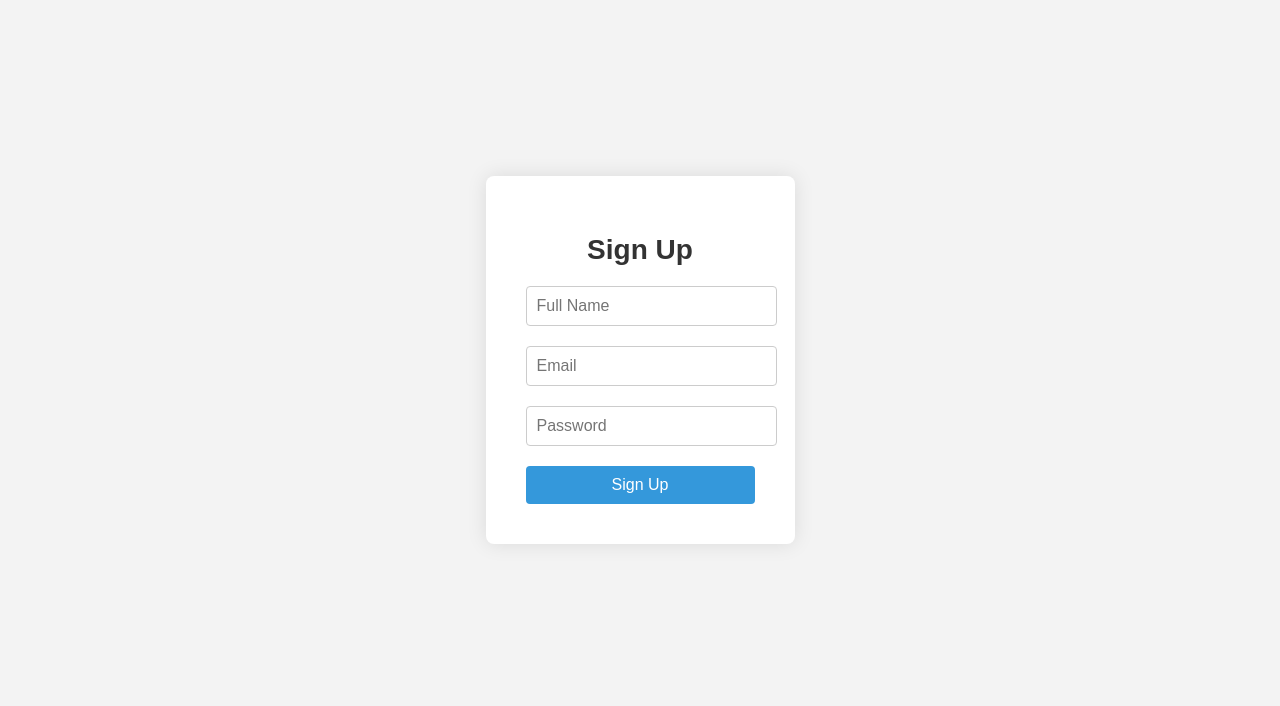
Repository: OmarEssameldinMousa/DONE
Page: signup.html
An editor plug-in stored every save of this project. The page is shown before and after the next save, followed by the edit.
The browser window is 1280 px wide. The pictures show the whole page.

Above is the page before, as saved 2023-12-18 22:39:33.

### signup.html
<!DOCTYPE html>
<html lang="en">

<head>
    <meta charset="UTF-8">
    <meta name="viewport" content="width=device-width, initial-scale=1.0">
    <title>Sign Up</title>

    <style>
        body {
            font-family: Arial, sans-serif;
            margin: 0;
            padding: 0;
            display: flex;
            justify-content: center;
            align-items: center;
            height: 100vh;
            background-color: #f3f3f3;
        }

        .signup-container {
            background-color: #fff;
            padding: 40px;
            border-radius: 8px;
            box-shadow: 0 0 20px rgba(0, 0, 0, 0.1);
            text-align: center;
        }

        h1 {
            margin-bottom: 20px;
            font-size: 28px;
            color: #333;
        }

        .input-group {
            margin-bottom: 20px;
        }

        input[type="text"],
        input[type="email"],
        input[type="password"] {
            width: 100%;
            padding: 10px;
            border: 1px solid #ccc;
            border-radius: 4px;
            font-size: 16px;
        }

        button {
            width: 100%;
            padding: 10px;
            border: none;
            border-radius: 4px;
            font-size: 16px;
            cursor: pointer;
            background-color: #3498db;
            color: #fff;
            transition: background-color 0.3s ease;
        }

        button:hover {
            background-color: #2980b9;
        }
    </style>
</head>

<body>
    <div class="signup-container">
        <h1>Sign Up</h1>
        <form id="signup-form" action="#" method="POST">
            <div class="input-group">
                <input type="text" id="fullname" name="fullname" placeholder="Full Name" required>
            </div>
            <div class="input-group">
                <input type="email" id="email" name="email" placeholder="Email" required>
            </div>
            <div class="input-group">
                <input type="password" id="password" name="password" placeholder="Password" required>
            </div>
            <button type="submit">Sign Up</button>
        </form>
    </div>
</body>

</html>

### CSS/siginup.css
* {
    padding: 0;
    margin: 0;
    box-sizing: border-box;
}

body,
input {
    font-family: sans-serif;
}

.contanir {
    display: flex;
    justify-content: center;
    align-items: center;
    width: 100%;

    background-color: #fff;

}

.form-contanir {
    width: 100%;
    height: 100%;
    display: flex;
    justify-content: center;
    align-items: center;

}

form {
    display: flex;
    align-items: center;
    justify-content: center;
    flex-direction: column;
    grid-column: 1/2;
    grid-row: 1/2;
    overflow: hidden;

}

.title {
    margin-bottom: 5px;
    font-size: 2.2rem;
    font-weight: 800;
    color: #353535;
}


.inputf {
    width: 380px;
    max-width: 100%;
    height: 55px;
    background-color: #cfcfcf;
    margin: 10px 0;
    border-radius: 55px;
    display: grid;
    /* kkkk */
    grid-template-columns: 15% 85%;
    /* kkkk */
    /* kkkk */
}

.inputf i {
    text-align: center;
    line-height: 55px;
    /* kkkk */
    font-size: 1.1rem;
}

.inputf input {
    background: none;
    outline: none;
    border: none;
    font-size: 1.1rem;
    font-weight: 600;

}

.inputf input::placeholder {
    color: rgb(100, 100, 100);
    font-weight: 500;
}

.btn-solid {
    width: 150px;
    height: 50px;
    outline: none;
    border: none;
    border-radius: 50px;
    margin: 10px 0;
    font-weight: 900;
    text-transform: uppercase;
    background-color: #ff7f23;
    color: #fff;
    transition: 0.5s;
    cursor: pointer;
}

.btn-solid:hover {
    background-color: #cc5805;
    transform: scale(0.92);

}

.social-text {
    padding: 1px;
    font-size: 1px;

}

.social-media {
    display: flex;
    justify-content: center;

}

.social-icon {
    height: 45px;
    width: 45px;
    border: #9b9a9a 1px solid;
    margin: 4px;
    text-align: center;
    line-height: 45px;
    border-radius: 55px;
    text-decoration: none;
    color: #444;
    cursor: pointer;

}

.social-icon:hover {
    color: #ff7f23;
    border-color: #ff7f23;
}

#btn2 {
    width: 150px;
    height: 50px;
    outline: none;
    border: 1px solid white;
    border-radius: 50px;
    font-weight: 800;
    font-size: 1rem;
    background: none;
    color: #fff;
    transition: 0.5s;
    cursor: pointer;
}

#btn2:hover {
    border-color: #444;
    transform: scale(0.92);

}

.signin{
    margin-bottom: 20px;
}
.signin a{
    text-decoration: none;
    color: #ff7f23;
    cursor: pointer;
}
a:hover{
 color: #cc5805;
 text-decoration: underline;
}




.content {


    color: white;

}

.content h3 {
    margin-bottom: 10px;
    font-size: 20px;
    font-weight: 800;
}



.image {
    width: 100%;
    display: flex;
    justify-content: center;
    align-items: center;
}

img {
    width: 250px;
    height: 200px;
}

After the next save:
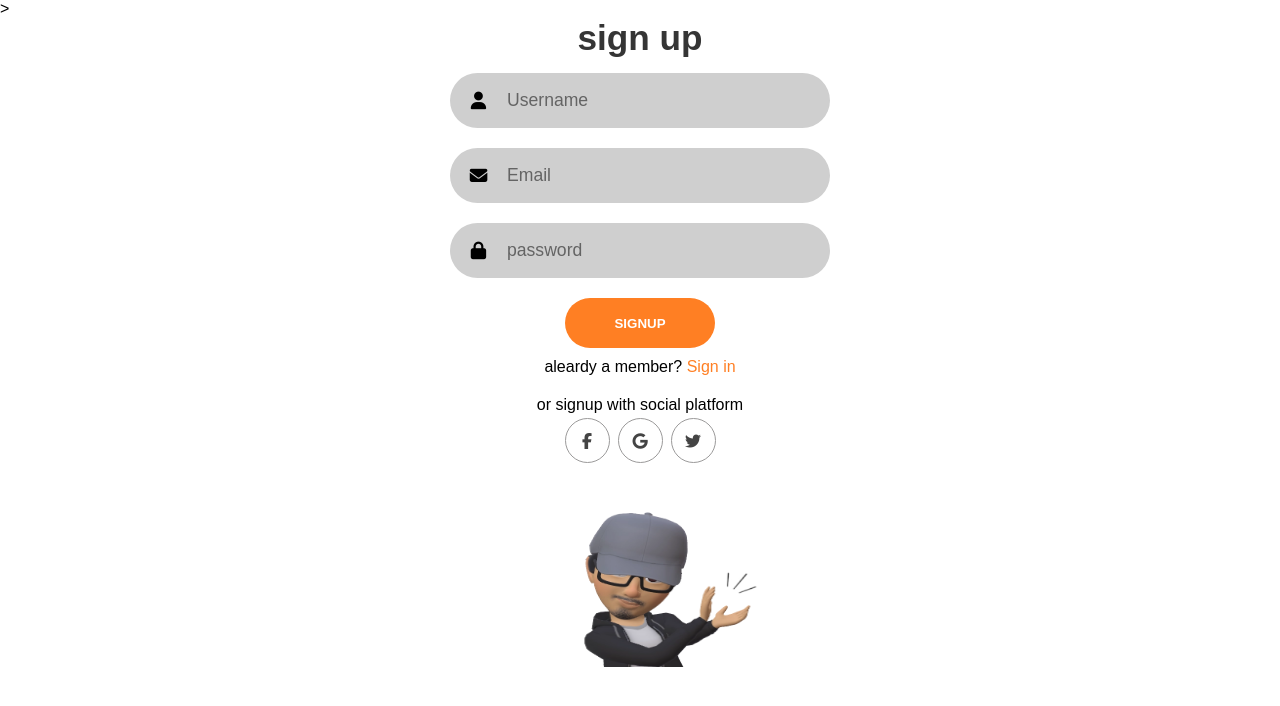
Saved 52 s later.
--- a/signup.html
+++ b/signup.html
@@ -5,79 +5,51 @@
     <meta charset="UTF-8">
     <meta name="viewport" content="width=device-width, initial-scale=1.0">
     <title>Sign Up</title>
-
-    <style>
-        body {
-            font-family: Arial, sans-serif;
-            margin: 0;
-            padding: 0;
-            display: flex;
-            justify-content: center;
-            align-items: center;
-            height: 100vh;
-            background-color: #f3f3f3;
-        }
-
-        .signup-container {
-            background-color: #fff;
-            padding: 40px;
-            border-radius: 8px;
-            box-shadow: 0 0 20px rgba(0, 0, 0, 0.1);
-            text-align: center;
-        }
-
-        h1 {
-            margin-bottom: 20px;
-            font-size: 28px;
-            color: #333;
-        }
-
-        .input-group {
-            margin-bottom: 20px;
-        }
-
-        input[type="text"],
-        input[type="email"],
-        input[type="password"] {
-            width: 100%;
-            padding: 10px;
-            border: 1px solid #ccc;
-            border-radius: 4px;
-            font-size: 16px;
-        }
-
-        button {
-            width: 100%;
-            padding: 10px;
-            border: none;
-            border-radius: 4px;
-            font-size: 16px;
-            cursor: pointer;
-            background-color: #3498db;
-            color: #fff;
-            transition: background-color 0.3s ease;
-        }
-
-        button:hover {
-            background-color: #2980b9;
-        }
-    </style>
+    <link rel="stylesheet" href="https://cdnjs.cloudflare.com/ajax/libs/font-awesome/6.5.1/css/all.min.css" />
+    <link rel="stylesheet" href="CSS/siginup.css">>
 </head>
 
 <body>
-    <div class="signup-container">
-        <h1>Sign Up</h1>
-        <form id="signup-form" action="#" method="POST">
-            <div class="input-group">
-                <input type="text" id="fullname" name="fullname" placeholder="Full Name" required>
+    <div class="contanir">
+        <form action="#" class="sign-up-form">
+            <h2 class="title"> sign up </h2>
+            <div class="inputf">
+                <i class="fas fa-user"></i>
+                <input type="text" placeholder="Username" required>
             </div>
-            <div class="input-group">
-                <input type="email" id="email" name="email" placeholder="Email" required>
+            <div class="inputf">
+                <i class="fas fa-envelope"></i>
+                <input type="email" placeholder="Email" required>
             </div>
-            <div class="input-group">
-                <input type="password" id="password" name="password" placeholder="Password" required>
+            <div class="inputf">
+                <i class="fas fa-lock"></i>
+                <input type="password" placeholder="password" required>
             </div>
-            <button type="submit">Sign Up</button>
+
+            <input type="submit" value="signup" class="btn-solid">
+
+            <div class="signin">
+                <span id="al">aleardy a member?</span>
+                <a href="login.html">Sign in</a>
+            </div>
+
+            <p class="social_text"> or signup with social platform</p>
+
+            <div class="social-media">
+
+                <a href="#" class="social-icon">
+                    <i class="fab fa-facebook-f"></i>
+                </a>
+                <a href="#" class="social-icon">
+                    <i class="fab fa-google"></i>
+                </a>
+                <a href="#" class="social-icon">
+                    <i class="fab fa-twitter"></i>
+                </a>
+            </div>
+            <div class="image">
+                <img src="images/omar9.png" alt="">
+            </div>
         </form>
     </div>
 </body>
